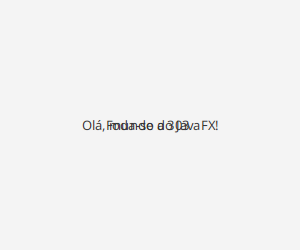
Repository: lucasferrazs/Aulas_Java
Program's window: java aulasdeFX/src/application/Main.java
An editor plug-in stored every save of this project. The program's window is shown before and after the next save, followed by the edit.
It runs on Java 21 on a 1366 x 768 screen with JavaFX 11; the title bar is not drawn.

Above is the program's window before, as saved 2024-06-24 13:47:01.

After the next save:
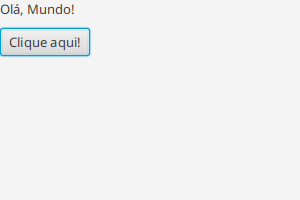
Saved 8 min 22 s later.
--- a/aulasdeFX/src/application/Main.java
+++ b/aulasdeFX/src/application/Main.java
@@ -3,8 +3,10 @@
 
 import javafx.application.Application;
 import javafx.scene.Scene;
+import javafx.scene.control.Button;
 import javafx.scene.control.Label;
 import javafx.scene.layout.StackPane;
+import javafx.scene.layout.VBox;
 import javafx.stage.Stage;
 
 public class Main extends Application {
@@ -18,22 +20,25 @@
     // Método start(), ponto de entrada principal
     @Override
     public void start(Stage primaryStage) {
+        // Cria a cena
+        Scene scene = new Scene(new VBox(10), 300, 200);
 
+        // Cria os nodes
+        Label label = new Label("Olá, Mundo!");
+        Button button = new Button("Clique aqui!");
 
-        // Criando um componente de interface (UI component)
-        Label label = new Label("Olá, mundo do JavaFX!");
-        Label label2 = new Label("Foda-se a 303 ");
-        // Preparando o layout
-        StackPane root = new StackPane();
-        root.getChildren().addAll(label,label2);
+        // Adiciona os nodes à cena
+        VBox root = (VBox) scene.getRoot();
+        root.getChildren().addAll(label, button);
 
-        // Configurando a cena
-        Scene scene = new Scene(root, 300, 250);
-
-        // Configurando o palco
-        primaryStage.setTitle("Exemplo JavaFX");
+        // Configura o stage
+        primaryStage.setTitle("Meu Aplicativo");
         primaryStage.setScene(scene);
         primaryStage.show();
+    }
+
+    public static void main(String[] args) {
+        launch(args);
     }
 
     // Método stop()
@@ -43,7 +48,5 @@
         // Código de limpeza aqui
     }
 
-    public static void main(String[] args) {
-        launch(args);
-    }
+
 }
